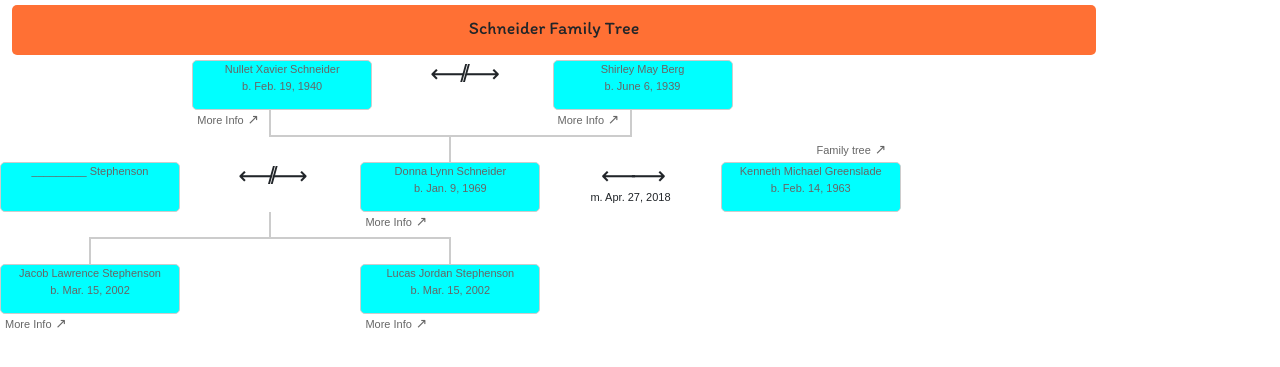
Repository: George2916/GreensladeFamilyTree
Page: familyTreeSchneider.html
The author's editor kept a record of every edit. The page is drawn from the files as they stood at one moment, then again after the next edit.
The browser window is 1280 px wide. The pictures show the whole page.

Above is the page before.

### familyTreeSchneider.html
<!doctype html>
<html lang="en">
<head>

    <meta charset="utf-8">
    <meta http-equiv="X-UA-Compatible" content="IE-edge">
    <meta name="viewport" content="width=device-width, initial-scale=1">
    <!--[if lt IE 9]
      <script src="https://oss.maxcdn.com/html5shiv/3.7.2/html5shiv.min.js"></script>
      <script src="https://oss.maxcdn.com/respond/1.4.2/respond.min.js"></script>
    <![endif]-->

    <link rel="stylesheet" type="text/css" href="css/bootstrap.css">
    <link href="css/myStyle.css" rel="stylesheet" type="text/css">
    <link rel="preconnect" href="https://fonts.gstatic.com">
	  <link href="https://fonts.googleapis.com/css2?family=Itim&display=swap" rel="stylesheet">

<title>Schneider Family Tree</title>
</head>
<body class="SchnTree">

<div class="container-fluid">

  <div class="row sidoroff1">
    <div class="col-12">Schneider Family Tree</div>
  </div><!--closes .row-->


	  <div class="col-12">
		  <div class="George2"></div>
      <div class="George1"><p>Nullet Xavier Schneider<br>b. Feb. 19, 1940</p><div class="moreInfoOne"><a data-bs-toggle="modal" href="#nulletModal">&nbsp;More Info<span class="moreInfoArrow">&nbsp;&#x2197;</span></a></div></div>
		  <div class="George2"><span class="divorceSign">&#10229;&sol;&nbsp;&sol;&#10230;</span></div>
		  <div class="George1"><p>Shirley May Berg<br>b. June 6, 1939</p><div class="moreInfoOne"><a data-bs-toggle="modal" href="#shirleyModal">&nbsp;More Info<span class="moreInfoArrow">&nbsp;&#x2197;</span></a></div></div>
		  <div class="George2"></div>
	  </div>
  </div><!-closes .row-->

  <div class="row">
    <div class="col-12">
      <div class="George2"><svg height="50" width="180"></svg></div>
      <div class="George2"><svg height="50" width="180">
  				<path d="M 90 -2 l 0 28" style="stroke:#ccc;stroke-width:2" />
  				<path d="M 90 25 l 90 0" style="stroke:#ccc;stroke-width:2" /></svg></div>
    	<div class="George2"><svg height="50" width="180">
 				 <path d="M 90 25 l 0 26" style="stroke:#ccc;stroke-width:2" />
 				 <path d="M -5 25 l 185 0" style="stroke:#ccc;stroke-width:2" /></svg></div>
    	<div class="George2"><svg height="50" width="180">
 				<path d="M 90 -2 l 0 28" style="stroke:#ccc;stroke-width:2" />
  			<path d="M -5 25 l 95 0" style="stroke:#ccc;stroke-width:2" /></svg></div>
  		<div class="George2"><svg height="50" width="180"></svg></div>
		</div>
  </div><!--closes .row-->

  <div class="row">
	  <div class="col-12 George5">
		  <div class="George1"><p>_________ Stephenson</div>
		  <div class="George2"><span class="divorceSign">&#10229;&sol;&nbsp;&sol;&#10230;</span></div>
		  <div class="George1"><p>Donna Lynn Schneider<br>b. Jan. 9, 1969</p><div class="moreInfoOne"><a data-bs-toggle="modal" href="#donnaModal">&nbsp;More Info<span class="moreInfoArrow">&nbsp;&#x2197;</span></a></div></div>
		  <div class="George2"><span class="marriageSign">&#10229;&#10230;</span><br>m. Apr. 27, 2018</div>
      <div class="George1"><p>Kenneth Michael Greenslade<br>b. Feb. 14, 1963</p><div class="upperRight">&nbsp;&nbsp;&nbsp;&nbsp;&nbsp;&nbsp;&nbsp;&nbsp;&nbsp;&nbsp;&nbsp;&nbsp;&nbsp;&nbsp;&nbsp;&nbsp;&nbsp;&nbsp;&nbsp;&nbsp;&nbsp;&nbsp;&nbsp;&nbsp;&nbsp;&nbsp;&nbsp;&nbsp;&nbsp;&nbsp;&nbsp;<a href="index.html#kennethMichaelGreenslade">Family&nbsp;tree<span class="upperRightArrow">&nbsp;&#x2197;</span></a></div></div>
	  </div>
  </div><!--closes .row-->

  <div class="row">
    <div class="col-12">
  		<div class="George2"><svg height="50" width="180">
  				<path d="M 90 52 l 0 -28" style="stroke:#ccc;stroke-width:2" />
  				<path d="M 90 25 l 90 0" style="stroke:#ccc;stroke-width:2" /></svg></div>
    	<div class="George2"><svg height="50" width="180">
 				 <path d="M 90 -1 l 0 26" style="stroke:#ccc;stroke-width:2" />
 				 <path d="M -5 25 l 185 0" style="stroke:#ccc;stroke-width:2" /></svg></div>
    	<div class="George2"><svg height="50" width="180">
 				<path d="M 90 52 l 0 -28" style="stroke:#ccc;stroke-width:2" />
  			<path d="M -5 25 l 95 0" style="stroke:#ccc;stroke-width:2" /></svg></div>
  		<div class="George2"></div>
  		<div class="George2"></div>
  	</div>
  </div><!--closes .row-->

  <div class="row">
    <div class="col-12">
		  <div class="George1"><p>Jacob Lawrence Stephenson<br>b. Mar. 15, 2002</p><div class="moreInfoOne"><a data-bs-toggle="modal" href="#jacobAndLucasModal">&nbsp;More Info<span class="moreInfoArrow">&nbsp;&#x2197;</span></a></div></div>
		  <div class="George2"></div>
		  <div class="George1"><p>Lucas Jordan Stephenson<br>b. Mar. 15, 2002</p><div class="moreInfoOne"><a data-bs-toggle="modal" href="#jacobAndLucasModal">&nbsp;More Info<span class="moreInfoArrow">&nbsp;&#x2197;</span></a></div></div>
		  <div class="George2"></div>
		  	<div class="George2"></div>
	  </div>
  </div><!--closes .row-->

</div><!--closes .container-->

<!-- Modals  for More Info-->

<div class="modal fade" id="nulletModal" tabindex="-1" aria-labelledby="nulletLabel" aria-hidden="true">
  <div class="modal-dialog modal-Info">
    <div class="modal-content">
      <div class="modal-header">
        <h6 class="modal-title" id="nulletModalLabel">Nullet Xavier Schneider</h6>
        <button type="button" class="btn-close" data-bs-dismiss="modal" aria-label="Close"></button>
      </div><!--closes .modal-header-->
      <div class="modal-body">
      	<p>Born February 19, 1940 in San Francisco, California.</p>
      </div><!--closes modal-body-->
    </div><!--closes .modal-content-->
  </div><!--closes .modal-dialog-->
</div><!--closes .modal-->

<div class="modal fade" id="shirleyModal" tabindex="-1" aria-labelledby="shirleyLabel" aria-hidden="true">
  <div class="modal-dialog modal-Info">
    <div class="modal-content">
      <div class="modal-header">
        <h6 class="modal-title" id="shirleyModalLabel">Shirley May Berg</h6>
        <button type="button" class="btn-close" data-bs-dismiss="modal" aria-label="Close"></button>
      </div><!--closes .modal-header-->
      <div class="modal-body">
      	<p>Born June 6, 1939 in San Mateo, California.</p>
      </div><!--closes modal-body-->
    </div><!--closes .modal-content-->
  </div><!--closes .modal-dialog-->
</div><!--closes .modal-->

<div class="modal fade" id="donnaModal" tabindex="-1" aria-labelledby="donnaLabel" aria-hidden="true">
  	<div class="modal-dialog modal-Info">
		<div class="modal-content">
  			<div class="modal-header">
				<h6 class="modal-title" id="donnaLabel">Donna Lynn Schneider</h6>
				<button type="button" class="btn-close" data-bs-dismiss="modal" aria-label="Close"></button>
  			</div><!--closes .modal-header-->
  			<div class="modal-body">
				<button class="tablinkDonna tabHeading btn-sm" onclick="openTabDonna(event, 'infoDonna')">Information</button>
				<button class="tablinkDonna tabHeading btn-sm" onclick="openTabDonna(event, 'docsDonna')">Documents</button>
  				<div id="infoDonna" class="tabContentDonna">
  					<p></p>
          	<p>Born January 9, 1969 in Daly City, California.</p>
					  <p>Married Kenneth Michael Greenslade on April 27, 2018 in Maui, Hawaii.</p>
					  <p>Occupation was nurse.</p>
				</div>
				<div id="docsDonna" class="tabContentDonna">
					<p></p>
					<p><a href="photoDocsDonnaSchneider.html" class="docLink">Certificate of Marriage for Kenneth Michael Greenslade and Donna Lynn Schneider<span class="moreInfoArrow">&nbsp;&#x2197;</span></a></p>
				</div>
  			</div><!--closes modal-body-->
		</div><!--closes .modal-content-->
  	</div><!--closes .modal-dialog-->
</div><!--closes .modal-->

<div class="modal fade" id="jacobAndLucasModal" tabindex="-1" aria-labelledby="jacobAndLucasLabel" aria-hidden="true">
  <div class="modal-dialog modal-Info">
    <div class="modal-content">
      <div class="modal-header">
        <h6 class="modal-title" id="jacobAndLucasModalLabel">Jacob Lawrence Stephenson and Lucas Jordan Stephenson</h6>
        <button type="button" class="btn-close" data-bs-dismiss="modal" aria-label="Close"></button>
      </div><!--closes .modal-header-->
      <div class="modal-body">
      	<p>Born March 15, 2002 in Berkeley, California.</p>
      </div><!--closes modal-body-->
    </div><!--closes .modal-content-->
  </div><!--closes .modal-dialog-->
</div><!--closes .modal-->

<script>

document.getElementsByClassName("tablinkDonna")[0].click();

function openTabDonna(evtDonna, ContentDonna) {
  var i, x, tablinks;
  x = document.getElementsByClassName("tabContentDonna");
  for (i = 0; i < x.length; i++) {
    x[i].style.display = "none";
  }
  tablinks = document.getElementsByClassName("tablinkDonna");
  for (i = 0; i < x.length; i++) {
    tablinks[i].classList.remove("highlightedTab");
  }
  document.getElementById(ContentDonna).style.display = "block";
  evtDonna.currentTarget.classList.add("highlightedTab");
}

</script>

<script src="js/bootstrap.js"></script>

</body>
</html>

Loaded but not shown: css/bootstrap.css (library); js/bootstrap.js (library); css/myStyle.css (1002 lines, source omitted)

After the next edit:
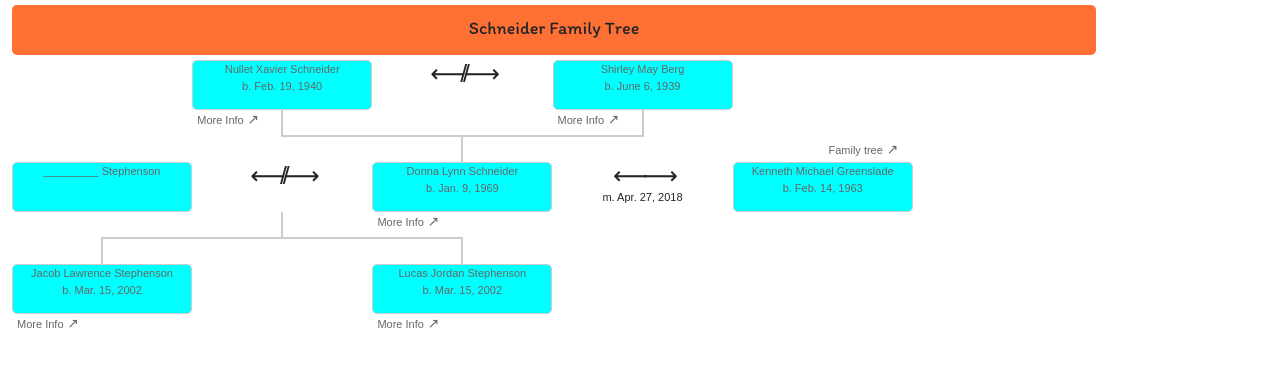
The edit:
--- a/familyTreeSchneider.html
+++ b/familyTreeSchneider.html
@@ -33,7 +33,7 @@
 		  <div class="George1"><p>Shirley May Berg<br>b. June 6, 1939</p><div class="moreInfoOne"><a data-bs-toggle="modal" href="#shirleyModal">&nbsp;More Info<span class="moreInfoArrow">&nbsp;&#x2197;</span></a></div></div>
 		  <div class="George2"></div>
 	  </div>
-  </div><!-closes .row-->
+
 
   <div class="row">
     <div class="col-12">

After the edit that followed:
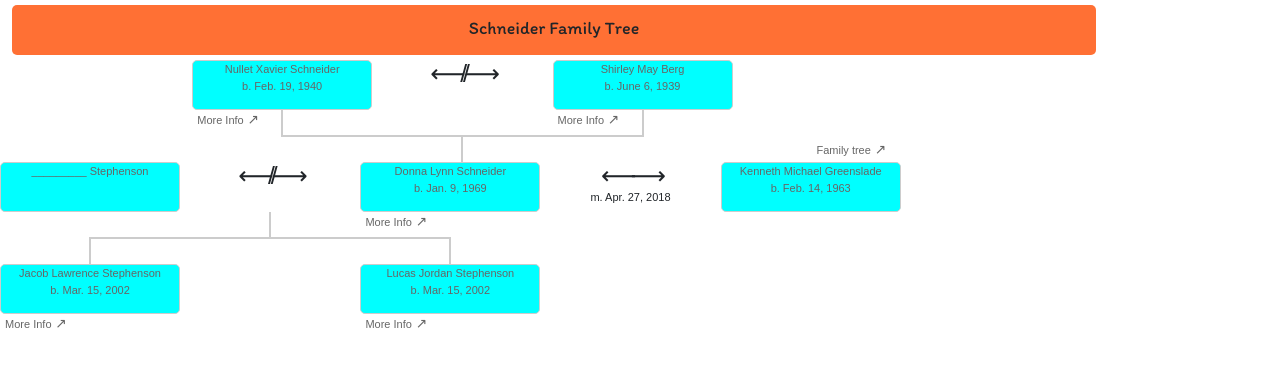
The edit:
--- a/familyTreeSchneider.html
+++ b/familyTreeSchneider.html
@@ -35,7 +35,7 @@
 	  </div>
 
 
-  <div class="row">
+
     <div class="col-12">
       <div class="George2"><svg height="50" width="180"></svg></div>
       <div class="George2"><svg height="50" width="180">
